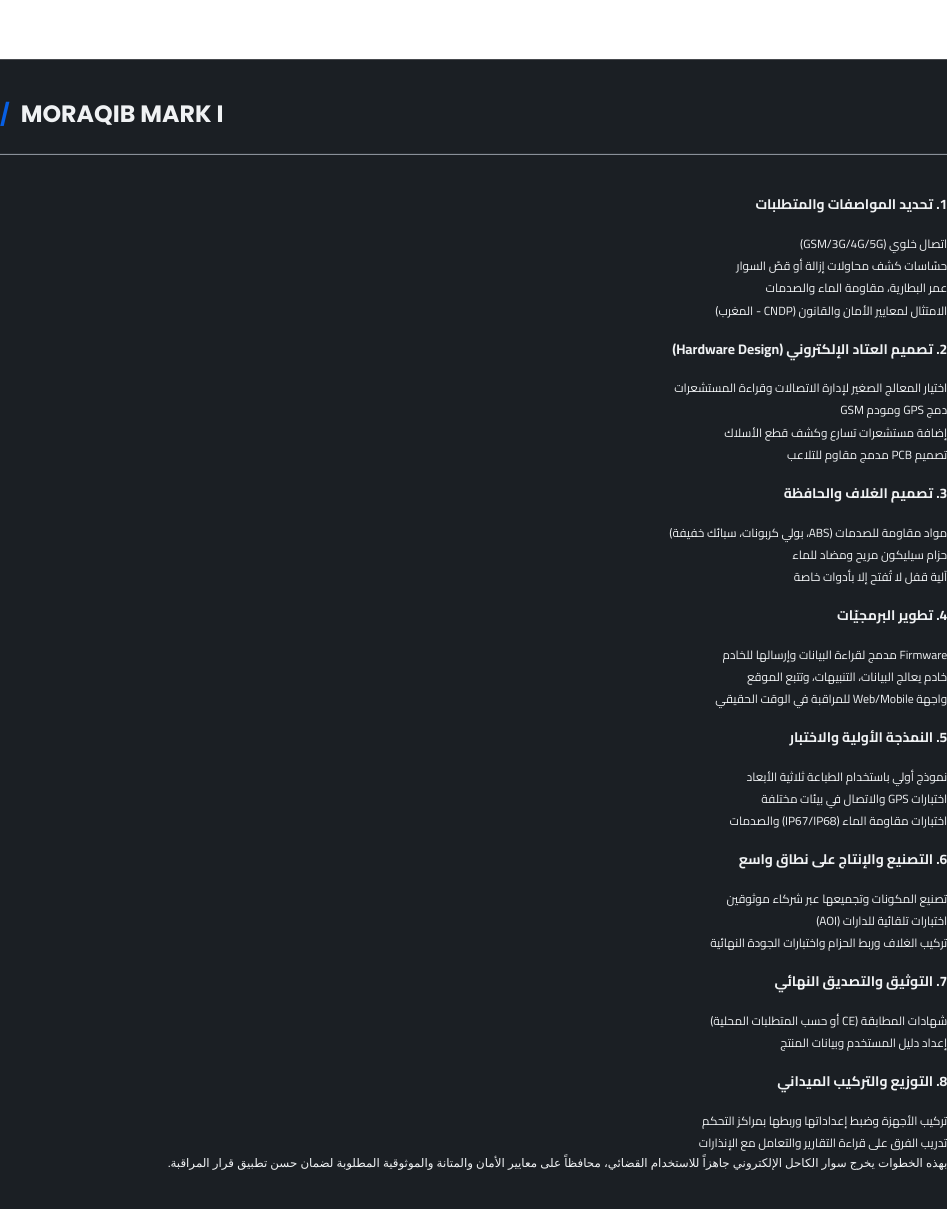
Repository: ayoubgharts/nextjs_protfolio
Page: /tutorials
These files come from the project's save history. The page is drawn as it stood at one moment and after the next save; the edit follows.
The browser window is 1280 px wide. The pictures show the whole page, at 74% of full size.
The project was rebuilt for these pictures with package versions that can differ from the ones it lists, and the page was loaded fresh each time. The framework's server and built-in components were replaced by stand-ins that run in the browser. Also part of the build but not shown: next.config.mjs.

Above is the page before, as saved 2025-06-01 00:36:23.

After the next save:
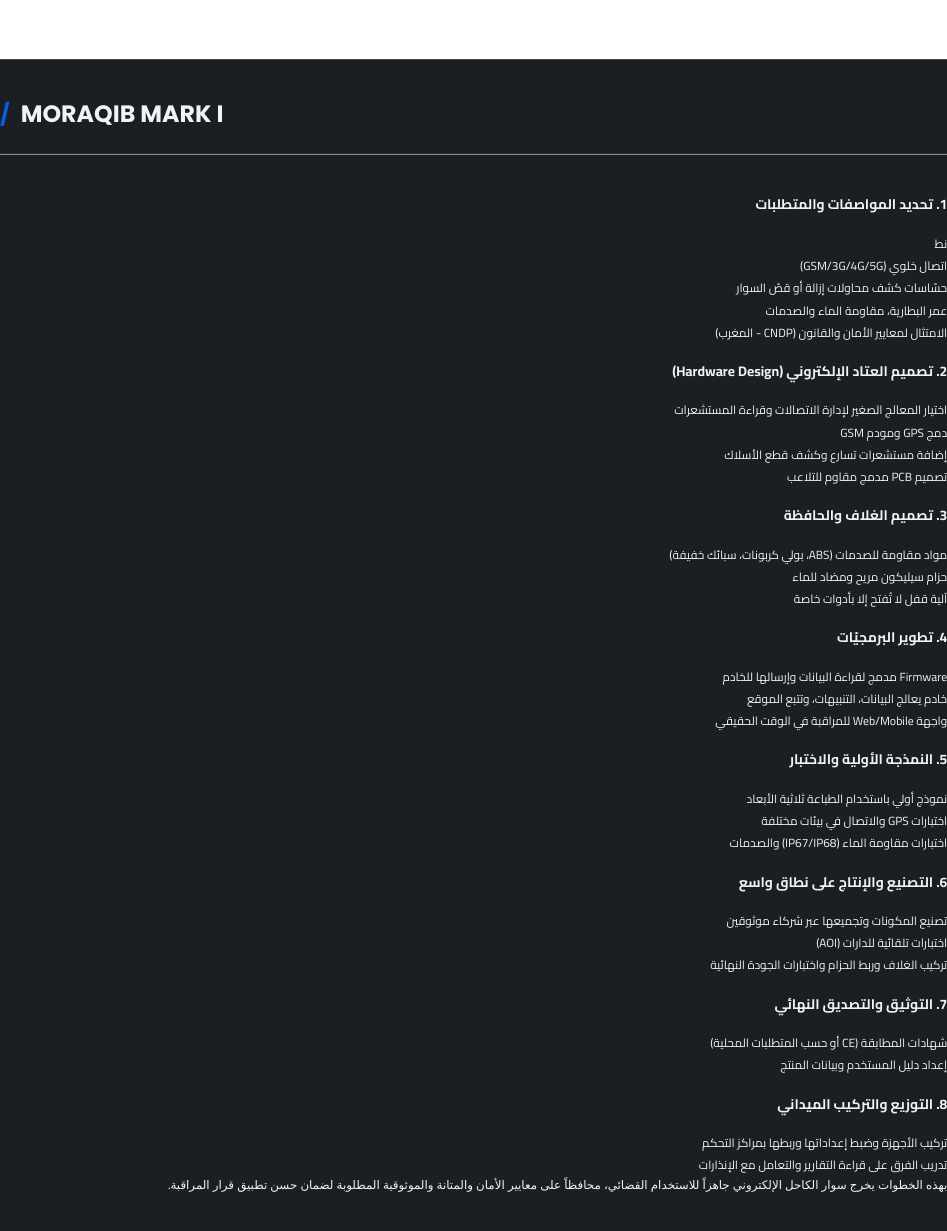
Saved 5 s later.
--- a/src/app/tutorials/page.jsx
+++ b/src/app/tutorials/page.jsx
@@ -14,7 +14,7 @@
         <div className={styles.project}>
           <h3>1. تحديد المواصفات والمتطلبات</h3>
           <ul>
-            <li></li>
+            <li>نط</li>
             <li>اتصال خلوي (GSM/3G/4G/5G)</li>
             <li>حسّاسات كشف محاولات إزالة أو قصّ السوار</li>
             <li>عمر البطارية، مقاومة الماء والصدمات</li>
